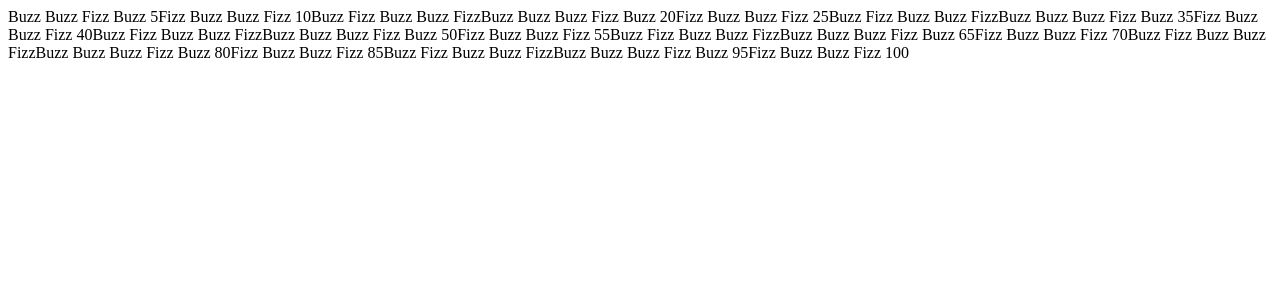
Repository: sktama/php-practice
Page: http://localhost/exercise/fizzbuzz.php
The author's editor kept a record of every edit. The page is drawn from the files as they stood at one moment, then again after the next edit.
The browser window is 1280 px wide. The pictures show the whole page.
The page is run by PHP 8.4 with error messages shown; the project is at /var/www/html/.

Above is the page before.

### exercise/fizzbuzz.php
<?php
    for($i = 1; $i <= 100; $i++){
        if($i % 15 == 0){
            echo "FizzBuzz ";
        } else if ($i % 3 == 0){
            echo "Fizz ";
        } else if ($i % 5){
            echo "Buzz ";
        } else {
            echo $i;
        }

    }
?>

After the next edit:
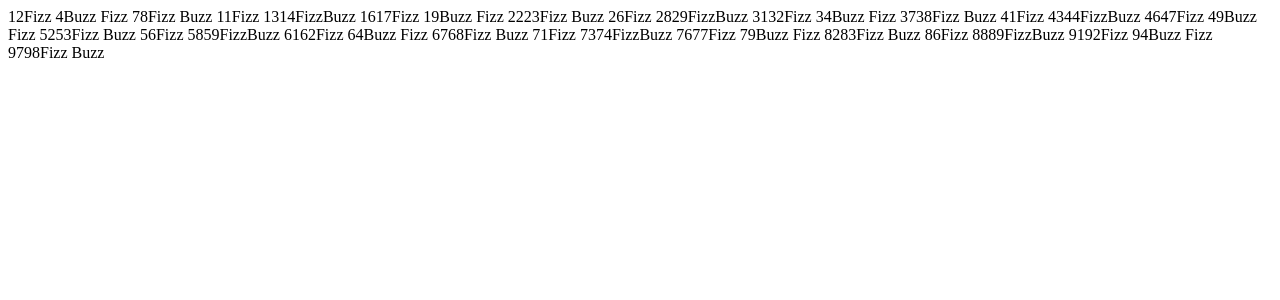
The edit:
--- a/exercise/fizzbuzz.php
+++ b/exercise/fizzbuzz.php
@@ -4,7 +4,7 @@
             echo "FizzBuzz ";
         } else if ($i % 3 == 0){
             echo "Fizz ";
-        } else if ($i % 5){
+        } else if ($i % 5 == 0){
             echo "Buzz ";
         } else {
             echo $i;
